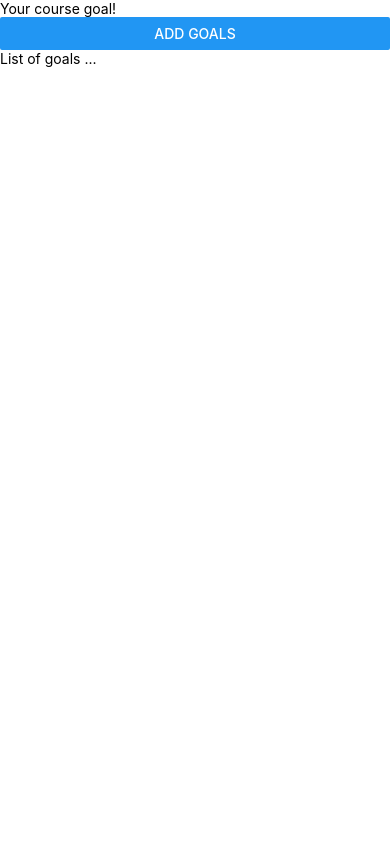
Repository: vanh1604/Todo-List
Screen: /
An editor plug-in stored every save of this project. The screen is shown before and after the next save, followed by the edit.
The app was drawn by React Native's web renderer in a window 390 px wide. The project was rebuilt for these pictures with package versions that can differ from the ones it lists, and the page was loaded fresh each time.

Above is the screen before, as saved 2023-06-16 15:14:45.

### App.js
import { StyleSheet, Text, TextInput, View, Button } from "react-native";

export default function App() {
  return (
    <View style={styles.appContainer}>
      <View>
        <TextInput placeholder="Your course goal!"></TextInput>
        <Button title="Add goals" />
      </View>
      <View>
        <Text>List of goals ...</Text>
      </View>
    </View>
  );
}

const styles = StyleSheet.create({
  appContainer: {},
});

After the next save:
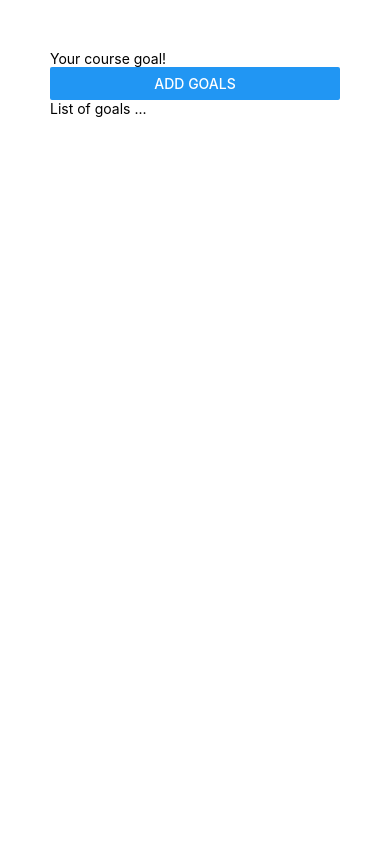
Saved 13 s later.
--- a/App.js
+++ b/App.js
@@ -15,5 +15,7 @@ export default function App() {
 }
 
 const styles = StyleSheet.create({
-  appContainer: {},
+  appContainer: {
+    padding: 50,
+  },
 });
